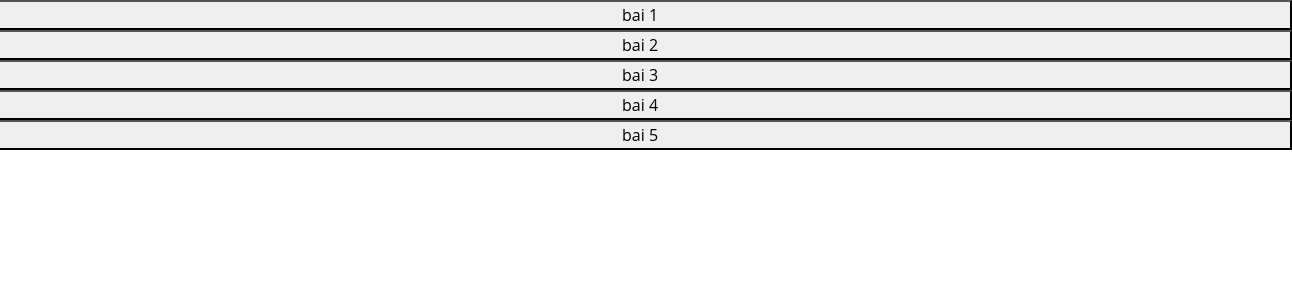
Repository: thanhp6868/ltWeb
Page: 1110/2/full.html
An editor plug-in stored every save of this project. The page is shown before and after the next save, followed by the edit.
The browser window is 1280 px wide. The page is 1292 px wide, then 1280 px, so the pictures cover 1292 px, including what lies to the right of the window. The pictures show the whole page.

Above is the page before, as saved 2023-10-11 15:45:45.

After the next save:
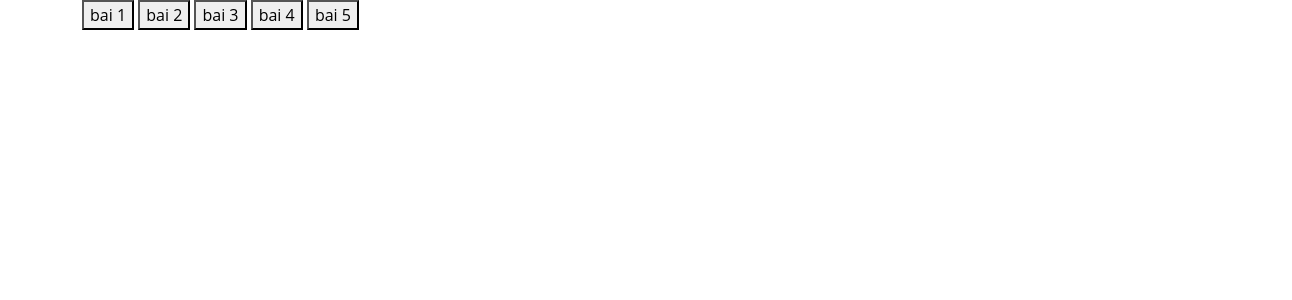
Saved 19 s later.
--- a/1110/2/full.html
+++ b/1110/2/full.html
@@ -12,13 +12,15 @@
 </head>
 
 <body>
-
-    <div class="row">
-  <button onclick="bai1()">bai 1</button>
+  <div class="container">
+    <button onclick="bai1()">bai 1</button>
     <button onclick="bai1()">bai 2</button>
     <button onclick="bai1()">bai 3</button>
     <button onclick="bai1()">bai 4</button>
     <button onclick="bai1()">bai 5</button>
+  </div>
+    <div class="row">
+
         <!-- <header id="header">
             <div class="">
 
